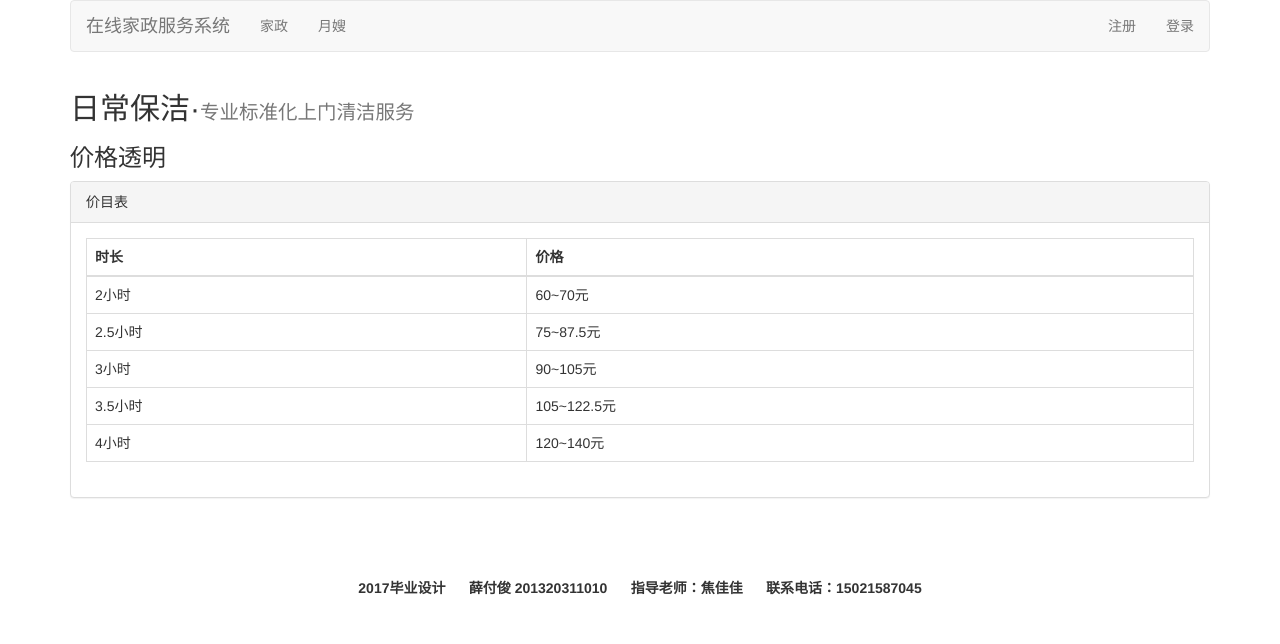
Repository: ELeonCXFJ/MyEclipseWS
Page: http://localhost/MyWeb/jsps/product/keeper/dailywork.jsp
An editor plug-in stored every save of this project. The page is shown before and after the next save, followed by the edit.
The browser window is 1280 px wide. The pictures show the whole page.
The page is served by Tomcat 9. Nobody is signed in. The application's start-up code is not run. Other server files are loaded and not shown.

Above is the page before, as saved 2017-03-21 05:02:39.

### MyWeb/WebRoot/jsps/product/keeper/dailywork.jsp
<%@ page trimDirectiveWhitespaces="true" language="java" import="java.util.*" pageEncoding="UTF-8"%>
<%@ taglib prefix="c" uri="http://java.sun.com/jsp/jstl/core" %>

<!DOCTYPE html>
<html>
<head>
   <meta charset="utf-8">
   <title>日常保洁</title>
   <script src="<c:url value='/vendor/jquery/jquery.min.js'/>"></script>
   <script src="<c:url value='/vendor/bootstrap/js/bootstrap.min.js'/>"></script>
   <link rel="stylesheet" href="<c:url value='/vendor/bootstrap/css/bootstrap.min.css'/>" />

</head>
<body>

<div class="container">
	<div class="row clearfix">
	<c:import url="/top.jsp" />

		<div class="col-lg-12 col-md-12 col-xs-12 col-sm-12">
			<h2>日常保洁·<small>专业标准化上门清洁服务</small></h2>
			<h3>价格透明</h3>
			<div class="panel panel-default">
				<div class="panel-heading">
					价目表
				</div>
				<div class="panel-body">
					<table class="table table-bordered">
						<thead>
							<tr>
								<th>时长</th>
								<th>价格</th>
							</tr>
						</thead>
						<tr>
							<td>2小时</td>
							<td>60~70元</td>
						</tr>
						<tr>
							<td>2.5小时</td>
							<td>75~87.5元</td>
						</tr>
						<tr>
							<td>3小时</td>
							<td>90~105元</td>
						</tr>
						<tr>
							<td>3.5小时</td>
							<td>105~122.5元</td>
						</tr>
						<tr>
							<td>4小时</td>
							<td>120~140元</td>
						</tr>
					</table>
				</div>
			</div>
		</div>

	</div>
</div>	<!-- container -->
	<c:import url="/bottom.jsp"></c:import>
</body>
</html>

### MyWeb/WebRoot/top.jsp
<%@ page language="java" import="java.util.*" pageEncoding="UTF-8"%>
<%@ taglib prefix="c" uri="http://java.sun.com/jsp/jstl/core" %>

<!DOCTYPE html>
<html>
<head>
   <meta charset="utf-8">
   <title>导航栏</title>
</head>
<body>

<div class="container" align="center">
	<div class="row clearfix">
		<div class="col-lg-12 col-md-12 col-xs-12 col-sm-12">
			<nav class="navbar navbar-default" role="navigation">
				<div class="navbar-header">
					 <button type="button" class="navbar-toggle" data-toggle="collapse" data-target="#bs-example-navbar-collapse-1"> <span class="sr-only">Toggle navigation</span><span class="icon-bar"></span><span class="icon-bar"></span><span class="icon-bar"></span></button> <a class="navbar-brand" href="<c:url value='/index.jsp'/>">在线家政服务系统</a>
				</div>
				<div class="collapse navbar-collapse" id="bs-example-navbar-collapse-1">
					<ul class="nav navbar-nav">
						<li >
							 <a href="#">家政</a>
						</li>
						<li>
							 <a href="#">月嫂</a>
						</li>
					</ul>
					<ul class="nav navbar-nav navbar-right">
					<c:choose>
						<c:when test="${empty sessionScope.sessionUser }">
							<li>
								 <a href="<c:url value='/jsps/user/register.jsp'/>">注册</a>
							</li>
							<li>
								<a href="<c:url value='/jsps/user/login.jsp' />">登录</a>
							</li>
						</c:when>

						<c:otherwise>
							<li>
								 <a href="<c:url value='/OrderServlet?method=getMyOrder'/>">我的订单</a>
							</li>
							<li>
								 <a href="<c:url value='/jsps/user/pwd.jsp'/>">修改密码</a>
							</li>
							<li>
								 <a href="#">购物车</a>
							</li>
							<li>
								<a href="<c:url value="/UserServlet?method=exit"/>">退出</a>
							</li>
						</c:otherwise>
					</c:choose>
					</ul>
				</div>
			</nav>
		</div>
	</div>
</div>
</body>

### MyWeb/WebRoot/bottom.jsp
<%@ page language="java" import="java.util.*" pageEncoding="UTF-8"%>
<%@ taglib prefix="c" uri="http://java.sun.com/jsp/jstl/core" %>

<!DOCTYPE html>
<html>
<head>
   <meta charset="utf-8">
   <title>页脚</title>
   <link rel="stylesheet" href="./vendor/bootstrap/css/bootstrap.min.css">
   <script src="./vendor/bootstrap/js/bootstrap.min.js"></script>
</head>
<body>

	<div align="center">
		<label for=“bottom"></br></br></br>2017毕业设计&nbsp;&nbsp;&nbsp;&nbsp;&nbsp;&nbsp;薛付俊 201320311010&nbsp;&nbsp;&nbsp;&nbsp;&nbsp;&nbsp;指导老师：焦佳佳&nbsp;&nbsp;&nbsp;&nbsp;&nbsp;&nbsp;联系电话：15021587045</label>
	</div>
	<div style="display:none;">
		<label for="hide">bootstrapvalidator引用自：https://github.com/nghuuphuoc/bootstrapvalidator</label>
	</div>
</body>

After the next save:
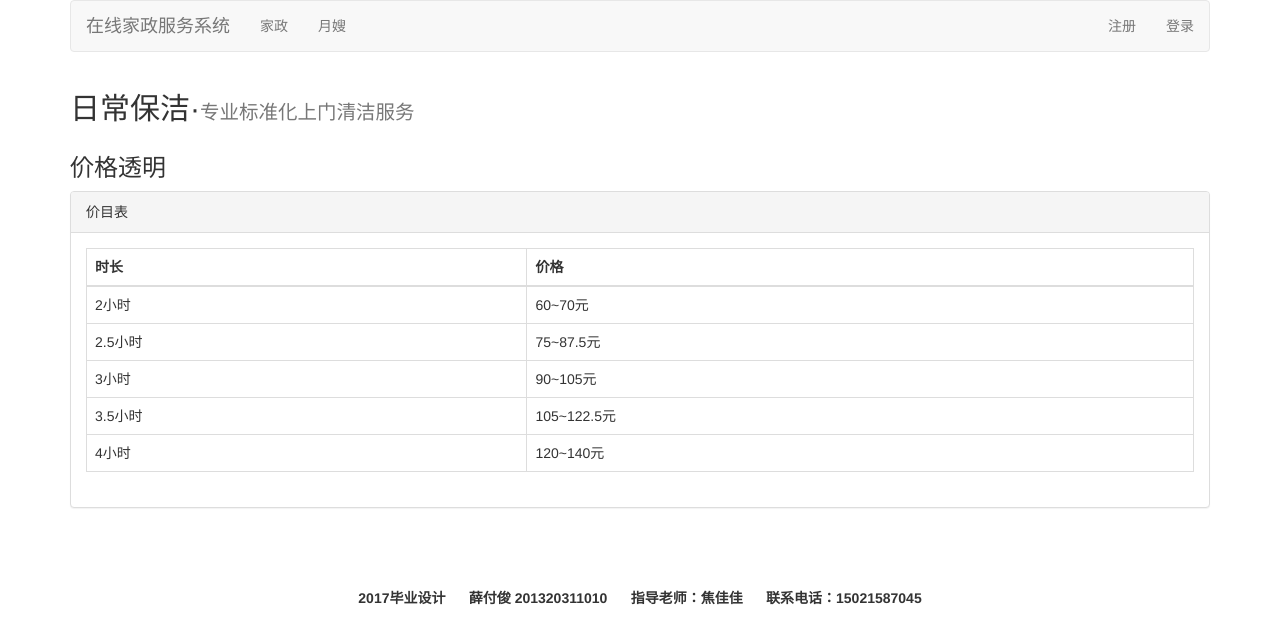
Saved 49 s later.
--- a/MyWeb/WebRoot/jsps/product/keeper/dailywork.jsp
+++ b/MyWeb/WebRoot/jsps/product/keeper/dailywork.jsp
@@ -19,6 +19,7 @@
 
 		<div class="col-lg-12 col-md-12 col-xs-12 col-sm-12">
 			<h2>日常保洁·<small>专业标准化上门清洁服务</small></h2>
+			 <ul class="nav nav-list"> <li class="divider"></li> </ul>
 			<h3>价格透明</h3>
 			<div class="panel panel-default">
 				<div class="panel-heading">
